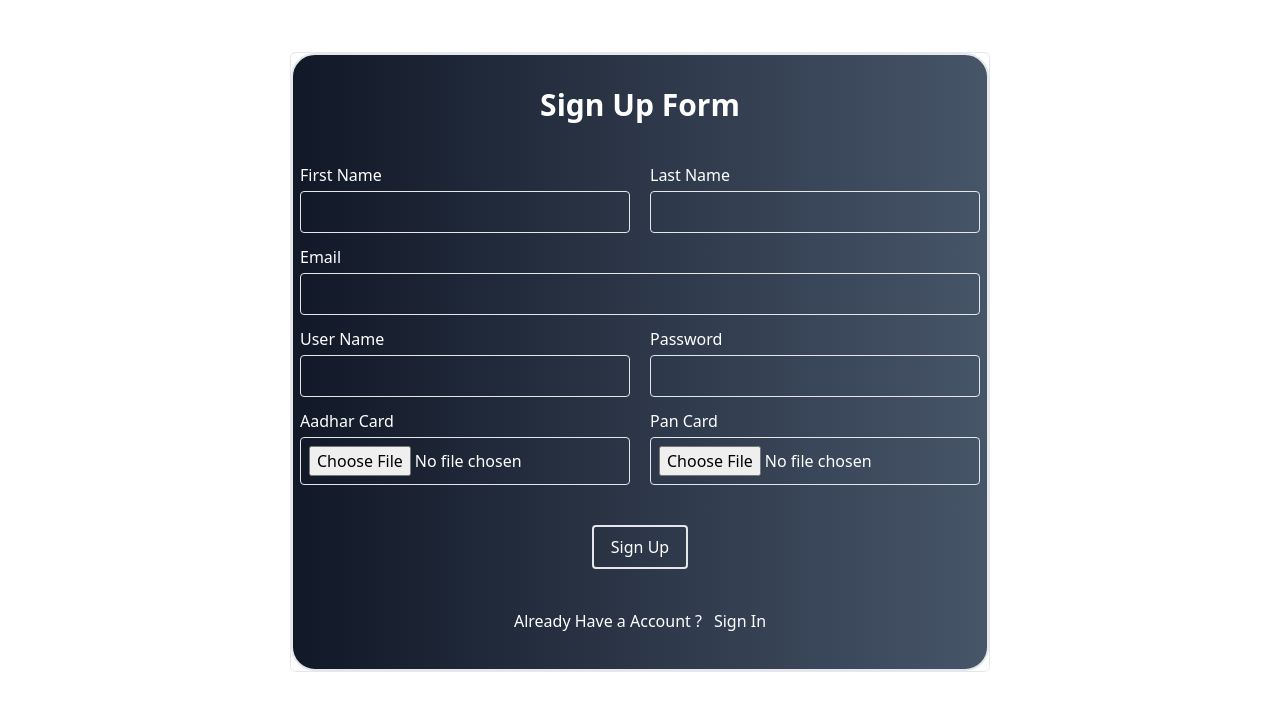
Repository: OmkarTidke8080/Assessment
Page: /sign-in (app in frontend/)
These files come from the project's save history. The page is drawn as it stood at one moment and after a run of saves; the edit follows.
The browser window is 1280 px wide. The pictures show the whole page.
The project was rebuilt for these pictures with package versions that can differ from the ones it lists, and the page was loaded fresh each time. Also part of the build but not shown: frontend/vite.config.js, frontend/src/components/HomePage.jsx.

Above is the page before, as saved 2024-10-19 22:14:57.

### frontend/src/App.jsx
import { useEffect, useState } from "react";
import "./App.css";
import LandingPage from "./components/HomePage.jsx";
import SignUp from "./components/SignUp.jsx";
import { BrowserRouter, Routes, Route } from "react-router-dom";
import ScaleLoader from "react-spinners/ScaleLoader";

function App() {
  const [isLoading, setIsLoading] = useState(true);

  useEffect(() => {
    const timer = setTimeout(() => {
      setIsLoading(false);
    }, 2000);

    return () => clearTimeout(timer);
  });
  return (
    <>
      {isLoading ? (
        <div
          style={{
            display: "flex",
            justifyContent: "center",
            alignItems: "center",
            height: "100vh",
            backgroundColor: "#fff",
          }}
        >
          {" "}
          <ScaleLoader />
        </div>
      ) : (
        <BrowserRouter>
          <Routes>
            <Route path={"/"} element={<LandingPage />} />
            <Route path={"/sign-up"} element={<SignUp />} />
            <Route path={"/sign-in"} element={<SignUp />} />
          </Routes>
        </BrowserRouter>
      )}
    </>
  );
}

export default App;

### frontend/src/components/SignUp.jsx
import React from "react";

function SignUp() {
  return (
    <>
      <div className="flex justify-center items-center mt-5">
        <div className="flex border  rounded-md h-[620px] w-[700px]">
          <div className="form border-2 rounded-3xl text-white w-full bg-gradient-to-r from-gray-900 to-slate-600 ">
            <div className="form-heading text-center mt-8 mb-6">
              <h1 className="text-3xl font-bold text-white mb-2">
                Sign Up Form
              </h1>

            </div>
            <form>
              <div className="flex justify-center mt-10 ">
                <div>
                  <div className="flex w-full gap-x-5 ">
                    <div className="w-1/2">
                      <label htmlFor="username" className=" flex mb-1">
                        First Name
                      </label>
                      <input
                        type="text"
                        id="FistName"
                        className=" text-white bg-inherit  w-full flex border rounded p-2"
                        required
                      />
                    </div>
                    <div className="w-1/2">
                      <label htmlFor="password" className="flex mb-1">
                        Last Name
                      </label>
                      <input
                        type="text"
                        id="LastName"
                        className="text-black bg-inherit w-full flex border rounded p-2"
                        required
                      />
                    </div>
                  </div>

                  <div className="mt-3">
                    <label htmlFor="email" className=" flex mb-1">
                      Email
                    </label>
                    <input
                      type="text"
                      id="email"
                      className="text-black bg-inherit w-full flex border rounded p-2"
                      required
                    />
                  </div>
                  <div className="flex gap-x-5">
                    <div className="mt-3 w-1/2 ">
                      <label htmlFor="username" className=" flex mb-1">
                        User Name
                      </label>
                      <input
                        type="text"
                        id="FistName"
                        className="text-black bg-inherit w-full flex border rounded p-2"
                        required
                      />
                    </div>
                    <div className="mt-3 w-1/2">
                      <label htmlFor="username" className=" flex mb-1">
                        Password
                      </label>
                      <input
                        type="text"
                        id="FistName"
                        className="text-black bg-inherit w-full flex border rounded p-2"
                        required
                      />
                    </div>
                  </div>

                  <div className="flex  gap-x-5 mt-3">
                    <div>
                      <label htmlFor="username" className=" flex mb-1">
                        Aadhar Card
                      </label>
                      <input
                        type="file"
                        id="FistName"
                        className=" text-white bg-inherit flex border rounded p-2"
                        required
                      />
                    </div>
                    <div>
                      <label htmlFor="password" className="flex mb-1">
                        Pan Card
                      </label>
                      <input
                        type="file"
                        id="LastName"
                        className="text-white bg-inherit flex border rounded p-2"
                        required
                      />
                    </div>
                  </div>

                  <div className="sign-up-button m-10">
                    <button className="border-2 rounded p-2 w-24 hover:border-green-700 ">
                      Sign Up
                    </button>
                  </div>
                  <div className="AlreadyAccount flex justify-center gap-x-3">
                    <h2>Already Have a Account ?</h2>
                    <button>Sign In</button>
                  </div>
                </div>
              </div>
            </form>
          </div>
        </div>
      </div>
    </>
  );
}

export default SignUp;

### frontend/src/components/SignIn.jsx
import React from 'react'

function SignIn() {
    return (
      <div className="flex justify-center items-center mt-5">
        <div className="flex border  rounded-md h-[620px] w-[700px]">
          <div className="form border-2 rounded-3xl text-white w-full bg-gradient-to-r from-gray-900 to-slate-600 ">
            <div className="form-heading text-center mt-8 mb-6">
              <h1 className="text-3xl font-bold text-white mb-2">
                Sign Up Form
              </h1>
            </div>
            <form>
              <div className="flex justify-center mt-10 ">
                  <div className="mt-3">
                    <label htmlFor="email" className=" flex mb-1">
                      Email
                    </label>
                    <input
                      type="text"
                      id="email"
                      className="text-black bg-inherit w-full flex border rounded p-2"
                      required
                    />
                  </div>

                    <div className="mt-3 w-1/2">
                      <label htmlFor="username" className=" flex mb-1">
                        Password
                      </label>
                      <input
                        type="text"
                        id="FistName"
                        className="text-black bg-inherit w-full flex border rounded p-2"
                        required
                      />
                    </div>
                  </div>

                  <div className="sign-up-button m-10">
                    <button className="border-2 rounded p-2 w-24 hover:border-green-700 ">
                      Sign Up
                    </button>
                  </div>
                  <div className="AlreadyAccount flex justify-center gap-x-3">
                    <h2>Already Have a Account ?</h2>
                    <button>Sign In</button>
                  </div>
            </form>
                </div>
            </div>

       </div>
    );
}

export default SignIn

Loaded but not shown: frontend/index.html (common file); frontend/src/main.jsx (common file); frontend/src/index.css (common file); frontend/src/App.css (common file); frontend/tailwind.config.js (common file)

After the next 2 saves:
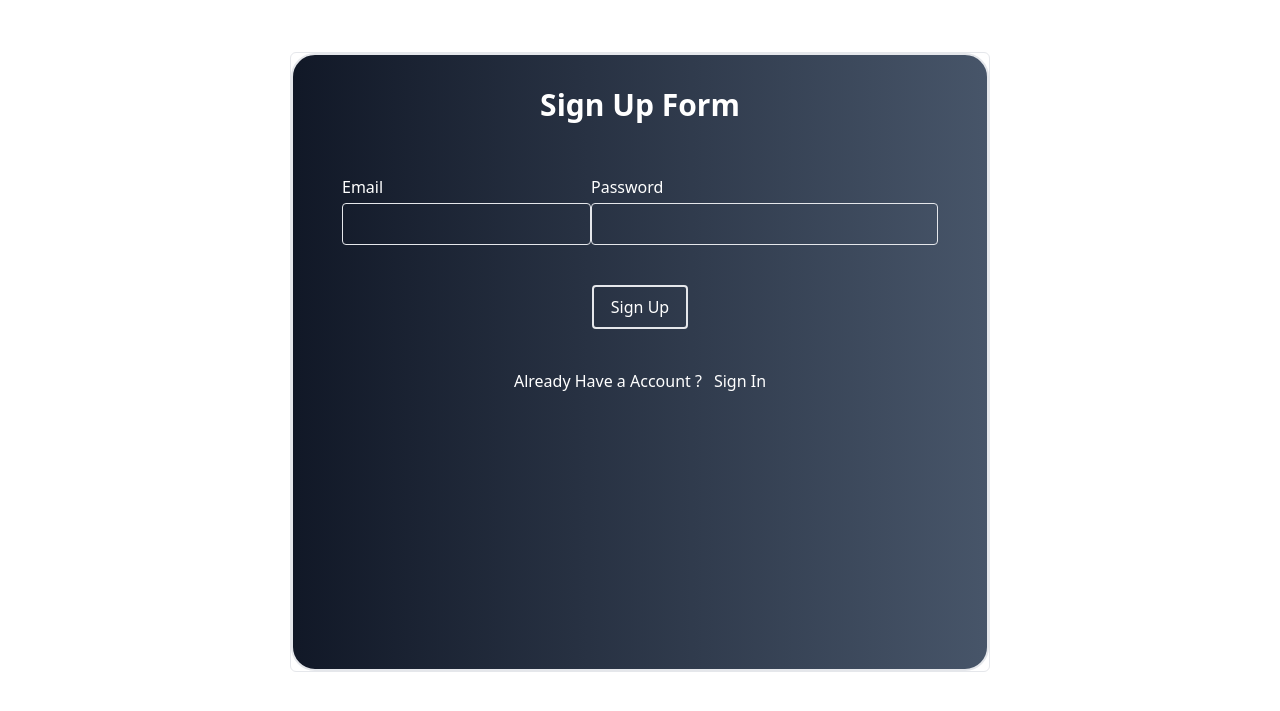
The 2 saves are shown as one change because they came seconds apart.
The last was saved 41 s later.
--- a/frontend/src/App.jsx
+++ b/frontend/src/App.jsx
@@ -4,6 +4,7 @@ import LandingPage from "./components/HomePage.jsx";
 import SignUp from "./components/SignUp.jsx";
 import { BrowserRouter, Routes, Route } from "react-router-dom";
 import ScaleLoader from "react-spinners/ScaleLoader";
+import SignIn from "./components/SignIn.jsx";
 
 function App() {
   const [isLoading, setIsLoading] = useState(true);
@@ -35,7 +36,7 @@ function App() {
           <Routes>
             <Route path={"/"} element={<LandingPage />} />
             <Route path={"/sign-up"} element={<SignUp />} />
-            <Route path={"/sign-in"} element={<SignUp />} />
+            <Route path={"/sign-in"} element={<SignIn />} />
           </Routes>
         </BrowserRouter>
       )}
